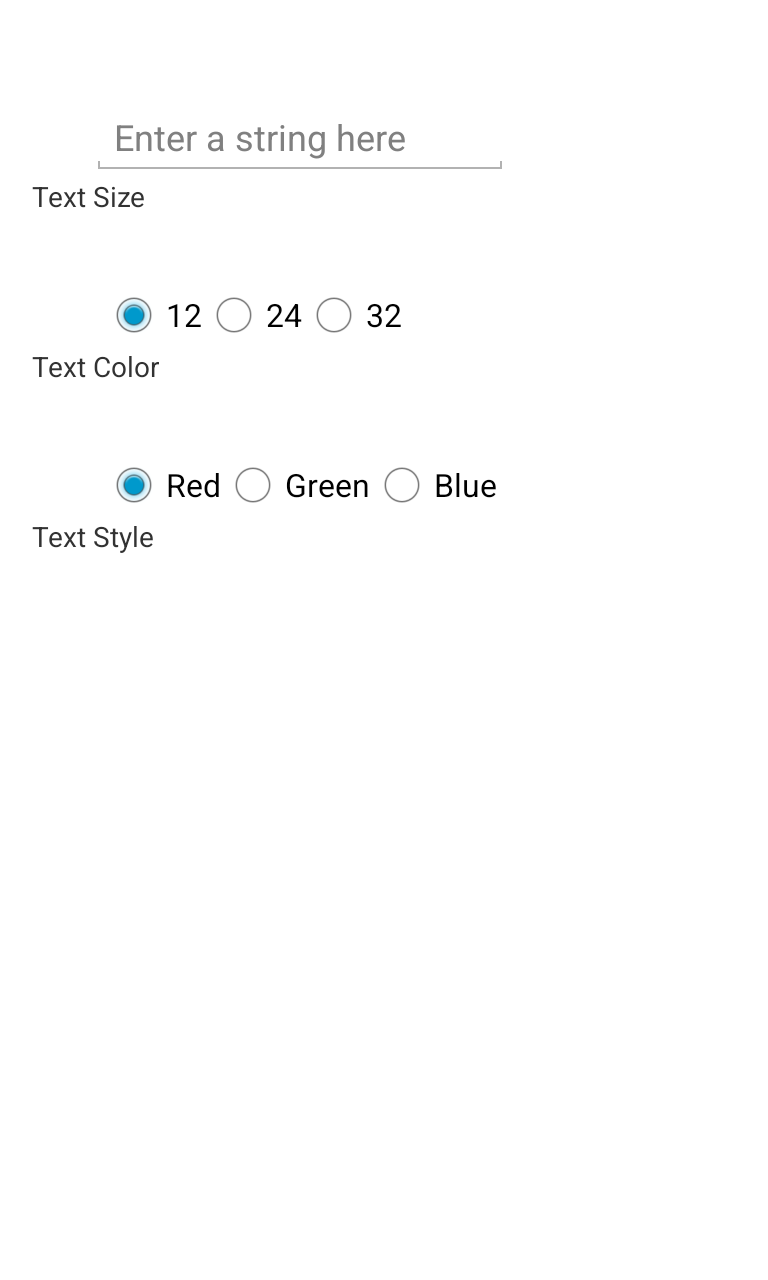
Repository: 12030121030/eventhandling
Layout: TextFormatter/res/layout/activity_main.xml
The author's editor kept a copy of each file at every save. The layout is drawn from the files as they stood at one save, then again after the next save.
It is drawn on a 768 x 1280 px phone screen (xhdpi) without system bars, with theme AppTheme; the app's code is not run.

Above is the layout before, as saved 2015-01-02 03:50:29.

After the next save:
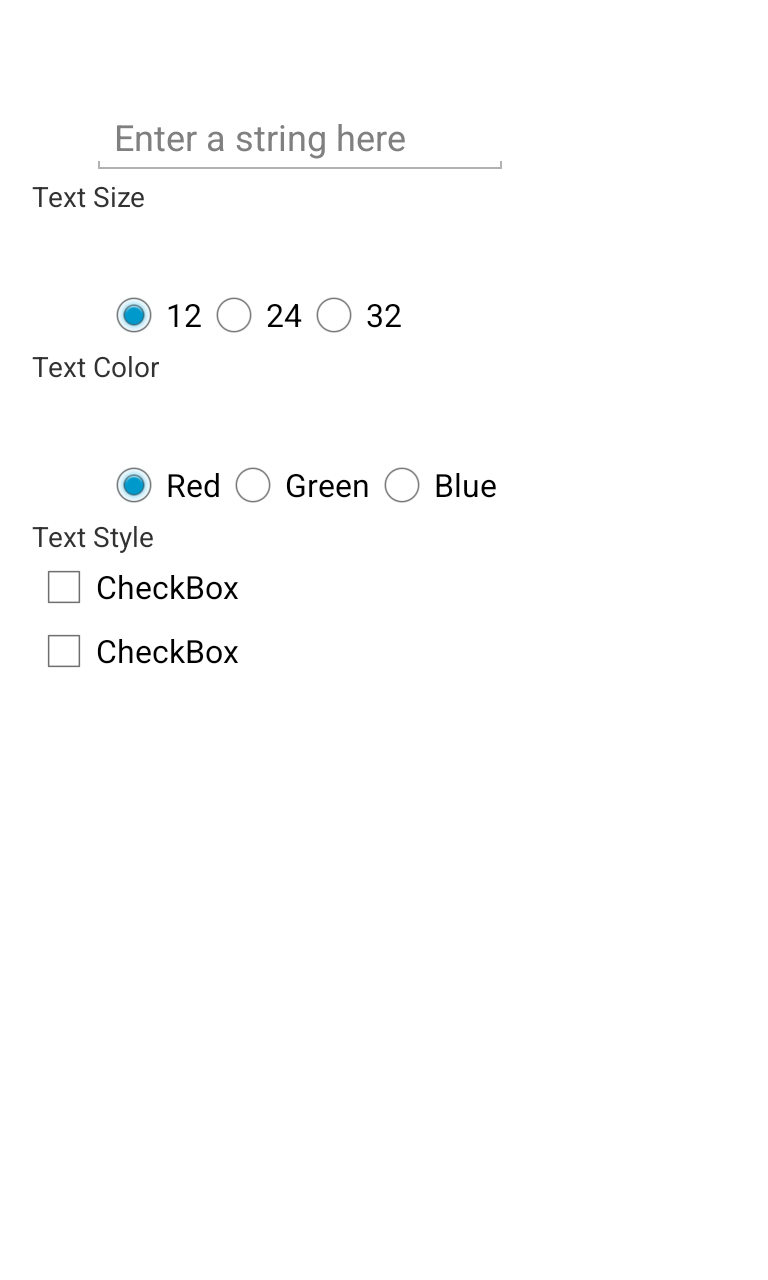
Saved 69 s later.
--- a/TextFormatter/res/layout/activity_main.xml
+++ b/TextFormatter/res/layout/activity_main.xml
@@ -98,4 +98,16 @@
     android:layout_height="wrap_content"
     android:text="Text Style" />
 
+<CheckBox
+    android:id="@+id/checkBox1"
+    android:layout_width="wrap_content"
+    android:layout_height="wrap_content"
+    android:text="CheckBox" />
+
+<CheckBox
+    android:id="@+id/checkBox2"
+    android:layout_width="wrap_content"
+    android:layout_height="wrap_content"
+    android:text="CheckBox" />
+
 </LinearLayout>

After the 3 saves that followed:
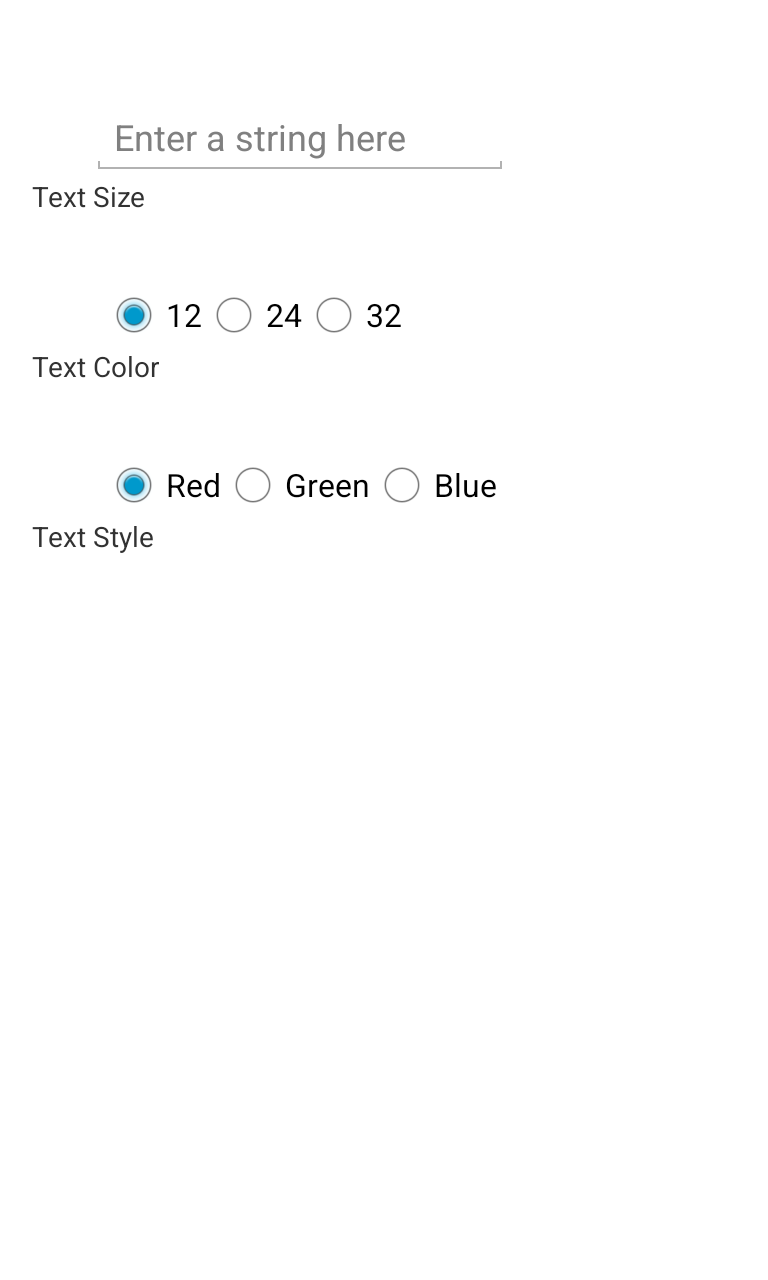
The 3 saves are shown as one change because 2 left the picture as it was.
The last was saved 2 min 32 s later.
--- a/TextFormatter/res/layout/activity_main.xml
+++ b/TextFormatter/res/layout/activity_main.xml
@@ -98,16 +98,10 @@
     android:layout_height="wrap_content"
     android:text="Text Style" />
 
-<CheckBox
-    android:id="@+id/checkBox1"
+<LinearLayout
     android:layout_width="wrap_content"
     android:layout_height="wrap_content"
-    android:text="CheckBox" />
-
-<CheckBox
-    android:id="@+id/checkBox2"
-    android:layout_width="wrap_content"
-    android:layout_height="wrap_content"
-    android:text="CheckBox" />
+    android:orientation="horizontal" />
 
 </LinearLayout>
+</LinearLayout>
